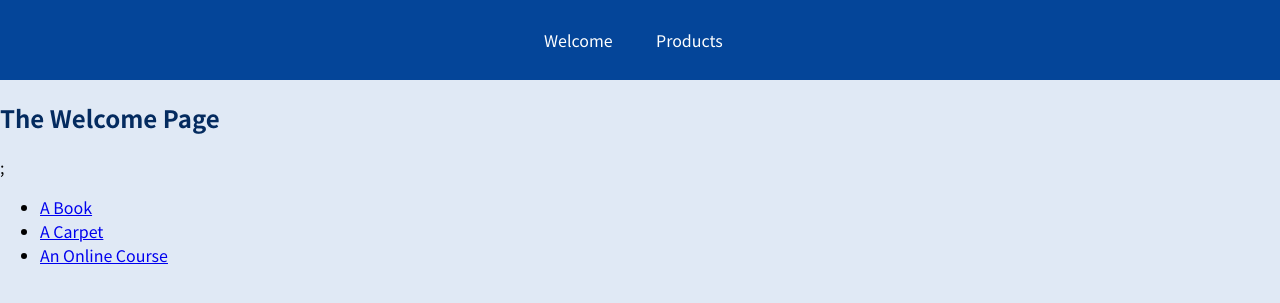
Repository: wenxi0504/13-ReactRouter
Page: /products
These files come from the project's save history. The page is drawn as it stood at one moment and after the next save; the edit follows.
The browser window is 1280 px wide. The pictures show the whole page.
The project was rebuilt for these pictures with package versions that can differ from the ones it lists, and the page was loaded fresh each time. Also part of the build but not shown: src/pages/Welcome.js, src/pages/ProductDetails.js.

Above is the page before, as saved 2022-07-24 23:16:18.

### src/App.js
import { Route } from "react-router-dom";
import Welcome from "./pages/Welcome";
import Products from "./pages/Products";
import MainHeader from "./components/MainHeader";
import ProductDetail from "./pages/ProductDetails";

function App() {
  return (
    <div>
      <MainHeader />
      <Route path="/welcome">
        <Welcome />
      </Route>
      <Route path="/products">
        <Products />
      </Route>
      <Route path="/products/:productId">
        <ProductDetail />
      </Route>
    </div>
  );
}

export default App;

### src/pages/Products.js
import { Link } from "react-router-dom";

const Products = () => {
  return (
    <section>
      <h1>The Welcome Page</h1>;
      <ul>
        <li>
          <Link to="/product/p1">A Book</Link>
        </li>
        <li>
          <Link to="/product/p2">A Carpet</Link>
        </li>
        <li>
          <Link to="/product/p3">An Online Course</Link>
        </li>
      </ul>
    </section>
  );
};

export default Products;

### src/components/MainHeader.js
import { Link, NavLink } from "react-router-dom";
import classes from "./MainHeader.module.css";
const MainHeader = () => {
  return (
    <header className={classes.header}>
      <nav>
        <ul>
          <li>
            {/* <Link href="/welcome">Welcome</Link> */}
            <NavLink activeClassName={classes.active} to="/welcome">
              Welcome
            </NavLink>
          </li>
          <li>
            <NavLink to="/products">Products</NavLink>
          </li>
        </ul>
      </nav>
    </header>
  );
};

export default MainHeader;

### src/components/MainHeader.module.css
.header {
    width: 100%;
    height: 5rem;
    background-color: #044599;
    padding: 0 10%;
}

.header nav {
    height: 100%;
}

.header ul {
    height: 100%;
    list-style: none;
    display: flex;
    padding: 0;
    margin: 0;
    align-items: center;
    justify-content: center;
}

.header li {
    margin: 0 1rem;
    width: 5rem;
}

.header a {
    color: white;
    text-decoration: none;
}

.header a:hover,
.header a:active,
.header a.active {
    color: #95bcf0;
    padding-bottom: 0.25rem;
    border-bottom: 4px solid #95bcf0;
}

Loaded but not shown: public/index.html (common file); src/index.js (common file); src/index.css (common file)

After the next save:
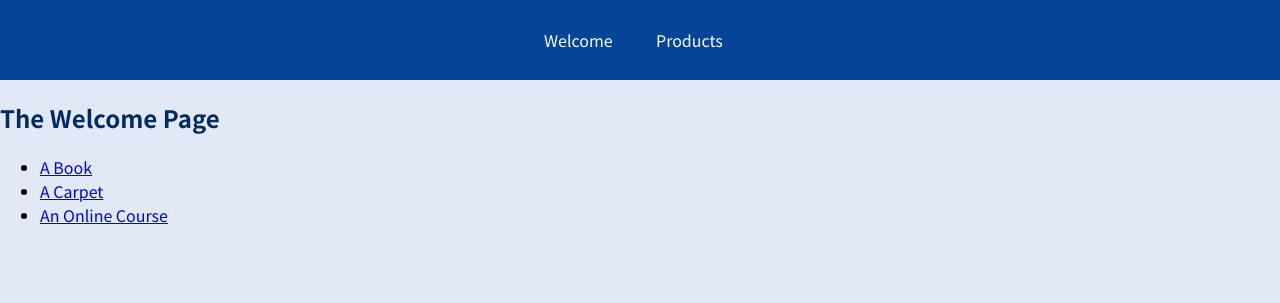
Saved 63 s later.
--- a/src/pages/Products.js
+++ b/src/pages/Products.js
@@ -3,7 +3,7 @@ import { Link } from "react-router-dom";
 const Products = () => {
   return (
     <section>
-      <h1>The Welcome Page</h1>;
+      <h1>The Welcome Page</h1>
       <ul>
         <li>
           <Link to="/product/p1">A Book</Link>
